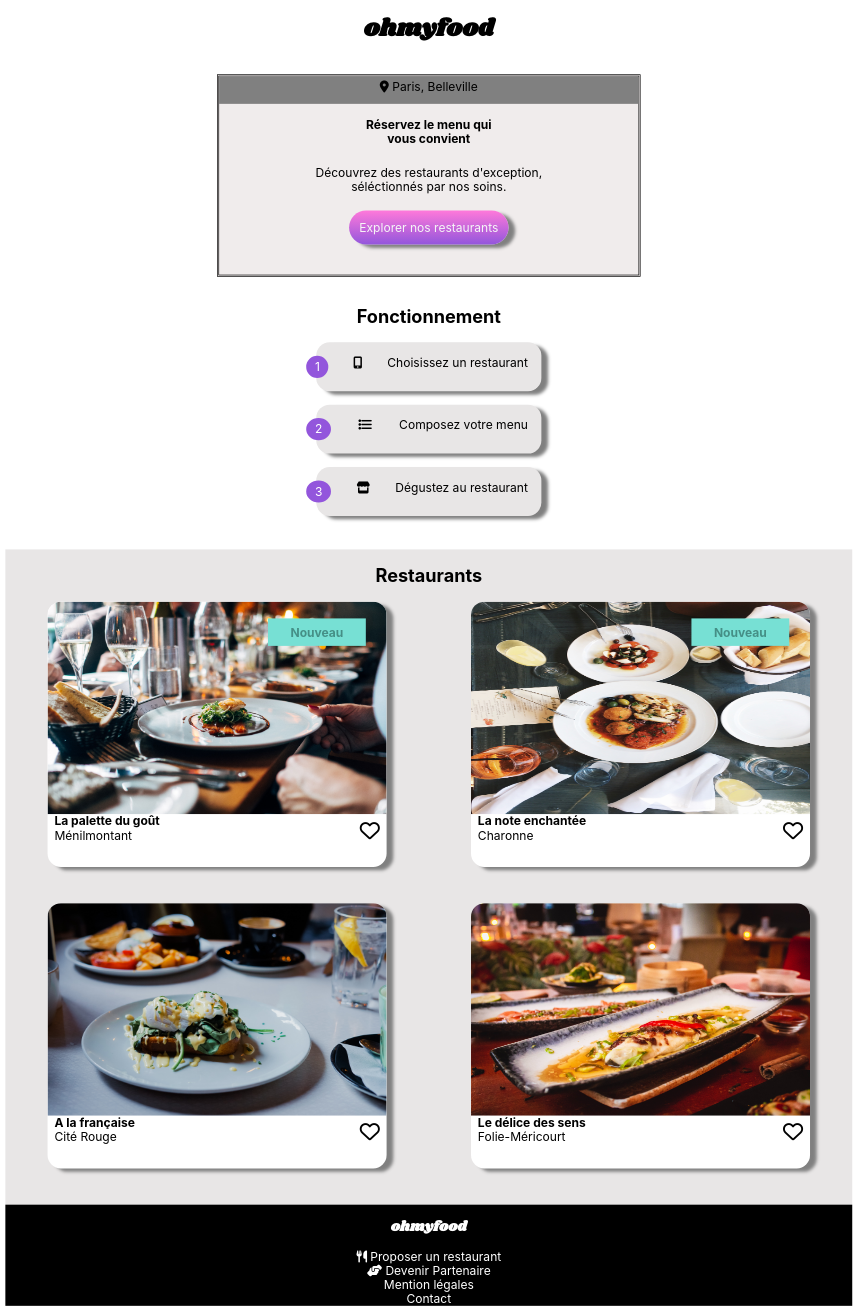
Repository: yacinebouk/ohmyfood
Page: index.html
These files come from the project's save history. The page is drawn as it stood at one moment and after the next save; the edit follows.
The browser window is 1280 px wide. The pictures show the whole page, at 67% of full size.
Some web libraries are served in a nearby version. The style sheet was rebuilt from its Sass, Less or Tailwind sources for each picture, by a compiler version that may differ from the author's.

Above is the page before, as saved 2022-07-06 18:16:23.

After the next save:
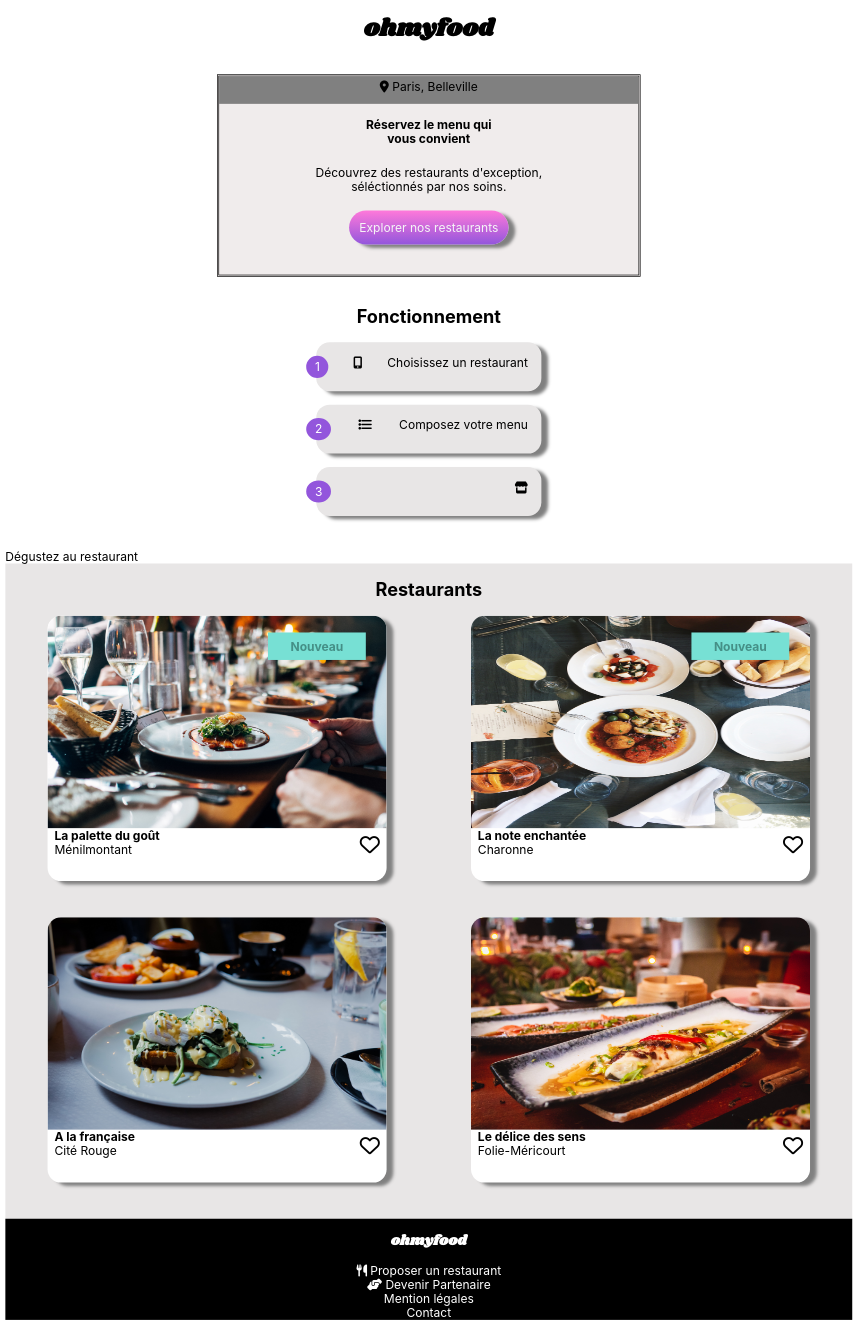
Saved 3 min 24 s later.
--- a/index.html
+++ b/index.html
@@ -43,9 +43,9 @@
                 <div class="taste">
                     <div class="number">3</div>
                     <div class="logo-work"><i class="fa-solid fa-store"></i>
-                    </div class="text-work">
-                    <div> Dégustez au restaurant</div>
-                </div>
+                    </div>
+                </div class="text-work"> Dégustez au restaurant</div>
+            </div>
             </div>
         </section>
         <section class="section-restaurant">

After the 2 saves that followed:
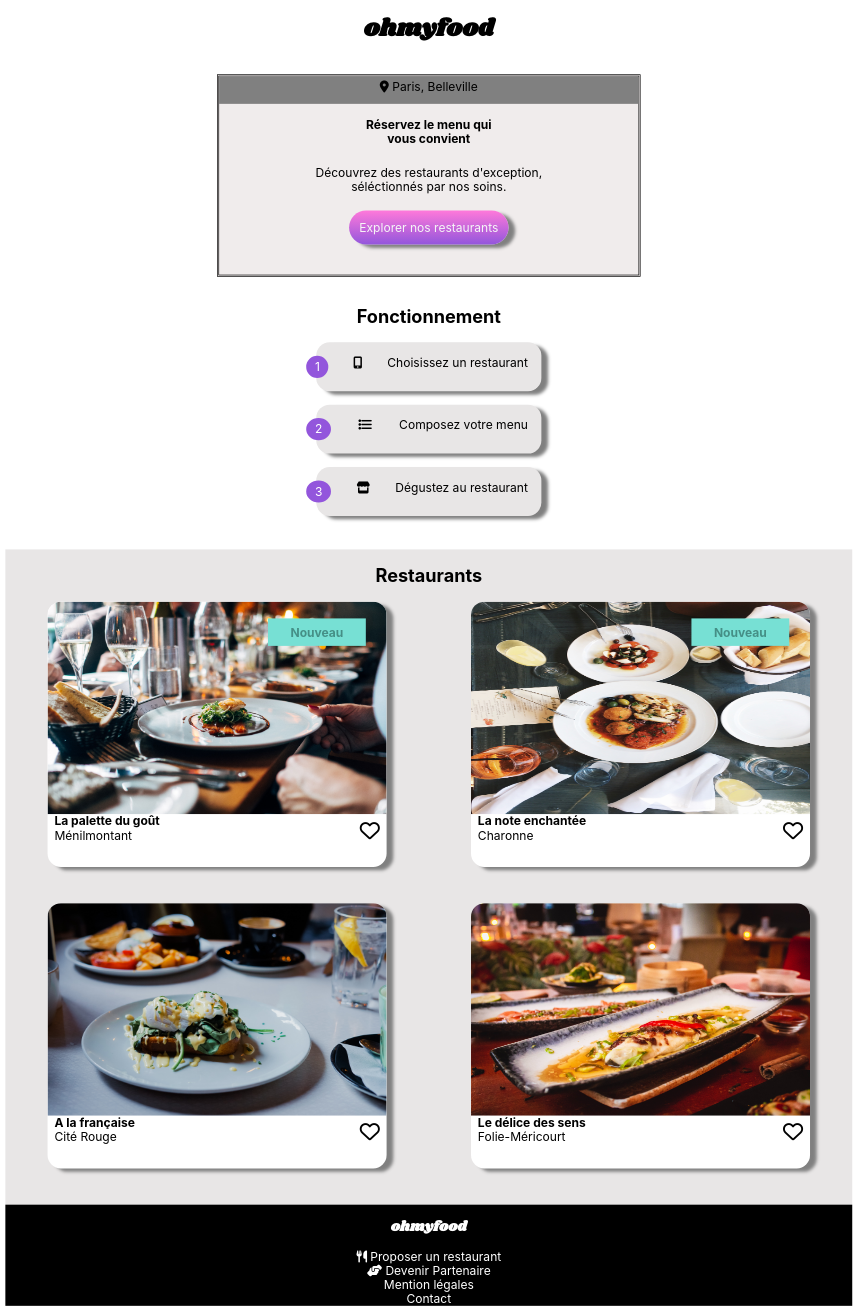
The 2 saves are shown as one change because 1 left the picture as it was.
The last was saved 38 s later.
--- a/index.html
+++ b/index.html
@@ -43,8 +43,9 @@
                 <div class="taste">
                     <div class="number">3</div>
                     <div class="logo-work"><i class="fa-solid fa-store"></i>
-                    </div>
-                </div class="text-work"> Dégustez au restaurant</div>
+
+                    </div class="text-work"> Dégustez au restaurant</div>
+            </div>
             </div>
             </div>
         </section>
